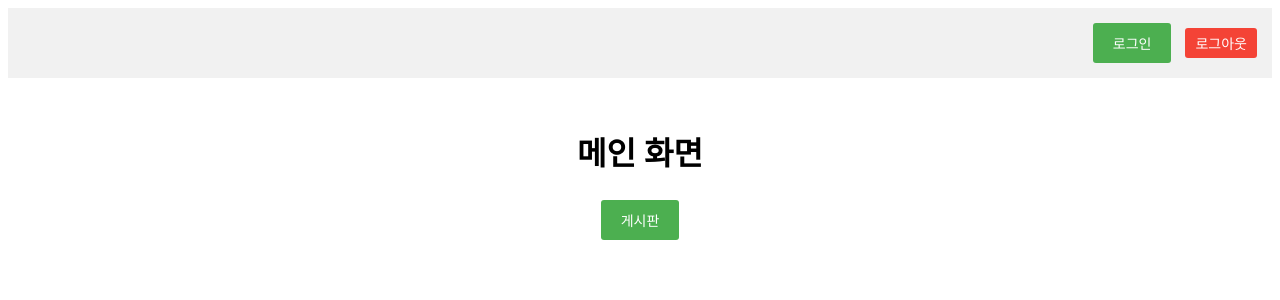
Repository: minjikimkim2222/BBS
Page: http://localhost/BBS/main.jsp
These files come from the project's save history. The page is drawn as it stood at one moment and after the next save; the edit follows.
The browser window is 1280 px wide. The pictures show the whole page.
The page is served by Tomcat 9. Other server files are loaded and not shown.

Above is the page before, as saved 2024-01-01 08:59:20.

### BBS/src/main/webapp/main.jsp
<%@ page language="java" contentType="text/html; charset=UTF-8" pageEncoding="UTF-8"%>
<!DOCTYPE html>
<html>
<head>
    <meta HTTP-EQUIV="content-type" CONTENT="text/html; CHARSET=UTF-8" charset="UTF-8">
    <meta name="viewport" content="width=device-width, initial-scale=1.0"> <!-- 추가  -->
    <link rel="stylesheet" href="css/bootstrap.css">
    <link rel="stylesheet" href="css/custom-styles.css"> <!-- 사용자 지정 스타일 시트 추가 -->
    <title>main 화면</title>
</head>
<body>

    <div class="header">
        <!-- 메인으로 버튼 -->
        <a href="login.jsp" class="button main-button">로그인</a>
        <!-- 로그아웃 버튼 -->
        <a href="logoutAction.jsp" class="button logout-button">로그아웃</a>
    </div>

    <div class="center-content">
    	<h1>메인 화면</h1>
        <!-- 게시판 버튼 -->
        <a href="#" class="button main-button">게시판</a> <!-- 게시판 링크는 아직 추가 안 함  -->
    </div>

<%-- 	<%
	// 메인페이지로 이동했을 때, 세션에 값이 담겨있는지 체크
	String userID = null;

	if (session.getAttribute("userID") != null){
		userID = (String)session.getAttribute("userID");
	}
	%> --%>

<%--     <h3> 기능 선택 - main 화면</h3>

<!--     <span>debugging test 1.</span> -->

    <form action="" name="loginSelect">
        <select name="loginList" onchange="location = document.loginSelect.loginList.value" style="margin-bottom: 20px;">
        	<option value="main.jsp">메인</option>
            <option value="bbs.jsp">게시판</option>
<!--             <option value="MySQL_ConnectionTest.jsp">sql connection test</option> -->

      		<%

      			if (userID == null) {

      		%>
                    <optgroup label="접속하기">
                        <option value="login.jsp">로그인</option>
                        <option value="join.jsp">회원가입</option>
                    </optgroup>
                </select>
            </form>

<!--             <div>debugging test 2.</div>
            <div>debugging test 3.</div> -->

    		<%
    			} else {
    		%>

         <!--    <span>debugging test 4.</span> -->
            <select>
                <optgroup label="회원관리">
                    <option value="logoutAction.jsp">로그아웃 -> logoutAction.jsp 링크 접속 </option>
                </optgroup>
            </select>

    		<%
    			}
    		%> --%>

</body>
</html>

### BBS/src/main/webapp/css/bootstrap.css
@charset "UTF-8";

.form-group {
  margin-bottom: 20px;
}

.form-control {
  display: block;
  width: 100%;
  height: 40px;
  padding: 10px 15px;
  font-size: 14px;
  line-height: 1.42857143;
  color: #555;
  background-color: #fff;
  background-image: none;
  border: 1px solid #ccc;
  border-radius: 4px;
  -webkit-box-shadow: inset 0 1px 1px rgba(0, 0, 0, .075);
          box-shadow: inset 0 1px 1px rgba(0, 0, 0, .075);
  -webkit-transition: border-color ease-in-out .15s, -webkit-box-shadow ease-in-out .15s;
       -o-transition: border-color ease-in-out .15s, box-shadow ease-in-out .15s;
          transition: border-color ease-in-out .15s, box-shadow ease-in-out .15s;
  box-sizing: border-box; /* 추가된 부분 */
}

.container {
  padding-right: 15px;
  padding-left: 15px;
  margin-right: auto;
  margin-left: auto;
}

.jumbotron {
  padding-top: 30px;
  padding-bottom: 30px;
  margin-bottom: 30px;
  color: inherit;
  background-color: #eee;
  box-sizing: border-box; /* 추가된 부분 */
}

.col-lg-4 {
  width: 33.33333333%;
}


.col-lg-5 {
    width: 41.66666667%;
}

### BBS/src/main/webapp/css/custom-styles.css
@charset "UTF-8";


/* 사용자 지정 스타일 추가 */


/* 사용자 지정 스타일 추가 */

.header {
    background-color: #f1f1f1;
    padding: 10px;
    text-align: right;
}

.center-content {
    text-align: center;
    margin-top: 50px;
}

/* 공통 버튼 스타일 */
.button {
    margin: 5px; /* 간격 조절 */
    font-size: 14px; /* 글자 크기 조절 */
    text-align: center;
    text-decoration: none;
    display: inline-block;
    border-radius: 3px;
}

/* 메인으로 버튼 스타일 */
.main-button {
    background-color: #4CAF50; /* Green */
    color: white;
    padding: 10px 20px; /* 크기 조절 */
}

/* 로그아웃 버튼 스타일 */
.logout-button {
    background-color: #f44336; /* Red */
    color: white;
    padding: 5px 10px; /* 크기 조절 */
}

After the next save:
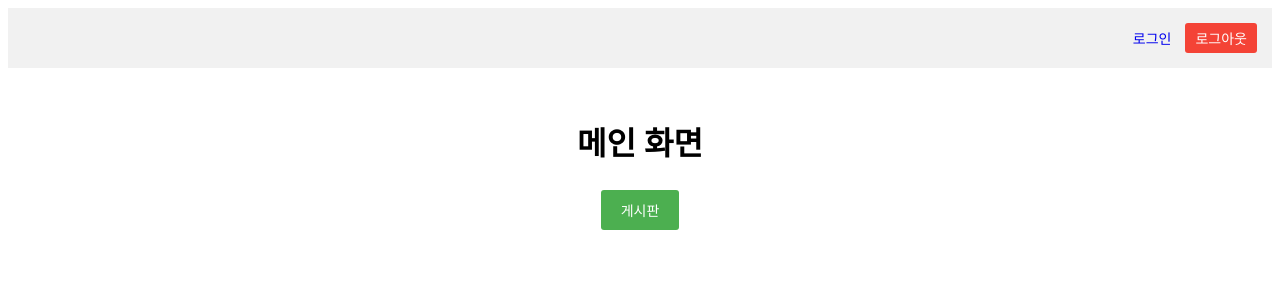
Saved 66 s later.
--- a/BBS/src/main/webapp/main.jsp
+++ b/BBS/src/main/webapp/main.jsp
@@ -12,7 +12,7 @@
 
     <div class="header">
         <!-- 메인으로 버튼 -->
-        <a href="login.jsp" class="button main-button">로그인</a>
+        <a href="login.jsp" class="button login-button">로그인</a>
         <!-- 로그아웃 버튼 -->
         <a href="logoutAction.jsp" class="button logout-button">로그아웃</a>
     </div>
